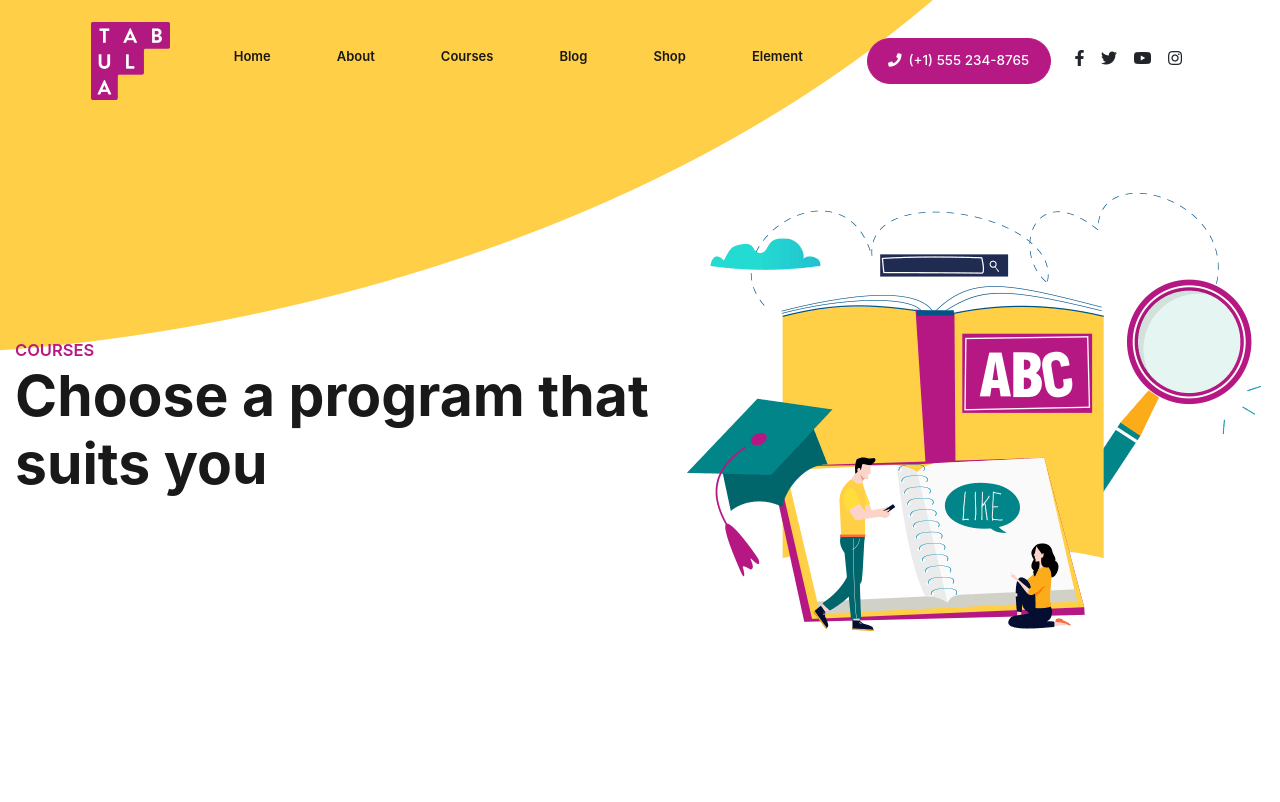
Repository: Khanh1234-glitch/TruongNguyenBaoKhanh_BC22_assignment__tabula
Page: Tabula/index.html
These files come from the project's save history. The page is drawn as it stood at one moment and after the next save; the edit follows.
The browser window is 1280 px wide. The pictures show the whole page.
The style sheet was rebuilt from its Sass, Less or Tailwind sources for each picture, by a compiler version that may differ from the author's.

Above is the page before, as saved 2022-04-16 10:42:46.

After the next save:
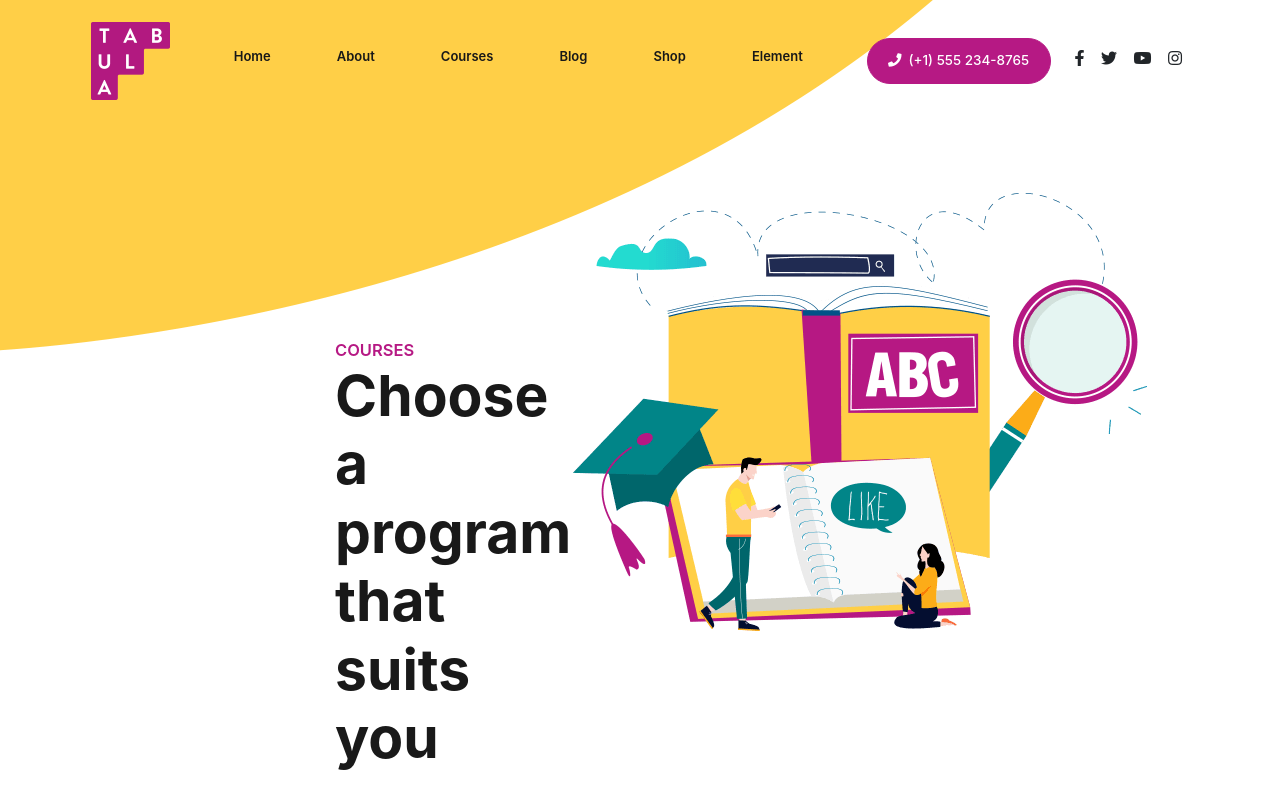
Saved 3 min 11 s later.
--- a/Tabula/index.html
+++ b/Tabula/index.html
@@ -56,7 +56,7 @@
                 </ul>
             </div>
         </nav>
-        <div class="hero-book container col-lg-12 col-12">
+        <div class="hero-book container col-lg-6 col-6">
             <div class="text-left">
                 <span>COURSES</span>
                 <h1>Choose a program that suits you</h1>

After the save that followed:
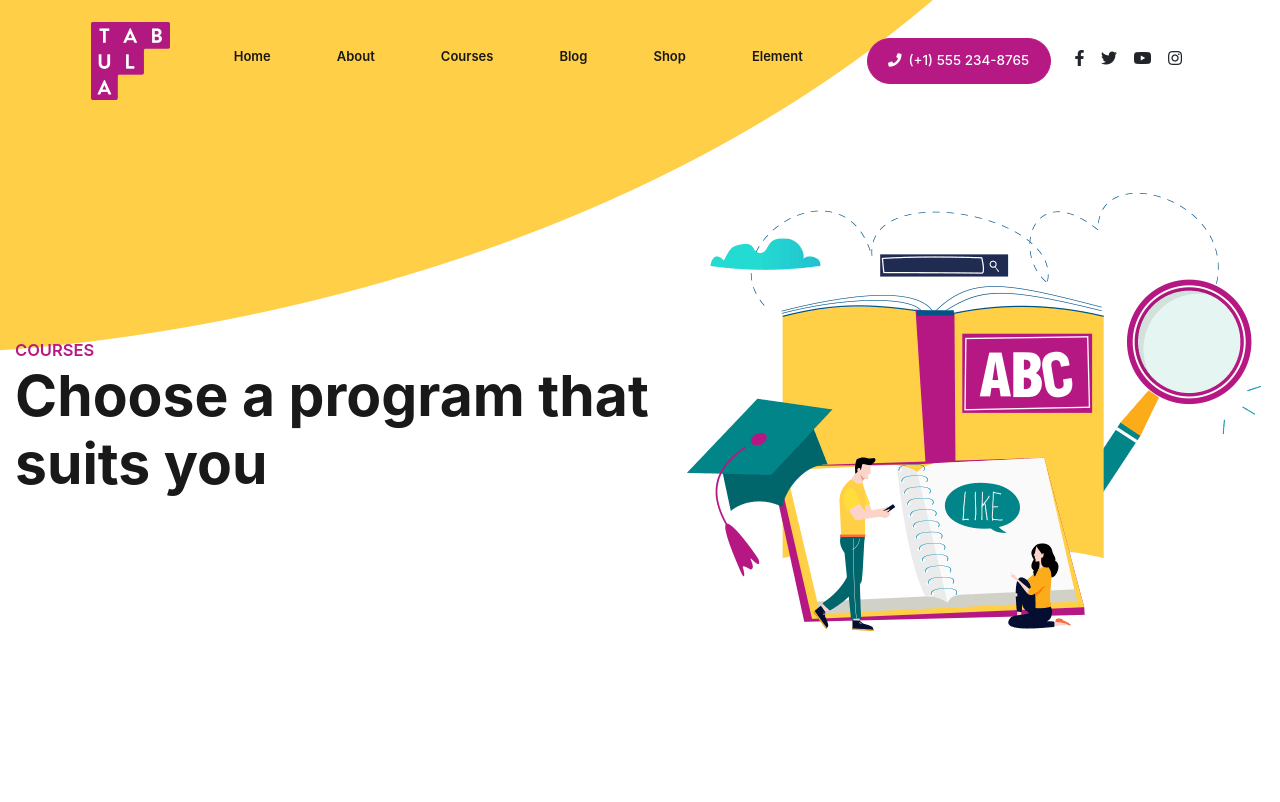
Saved 14 s later.
--- a/Tabula/index.html
+++ b/Tabula/index.html
@@ -56,7 +56,7 @@
                 </ul>
             </div>
         </nav>
-        <div class="hero-book container col-lg-6 col-6">
+        <div class="hero-book container col-lg-12 col-6">
             <div class="text-left">
                 <span>COURSES</span>
                 <h1>Choose a program that suits you</h1>
